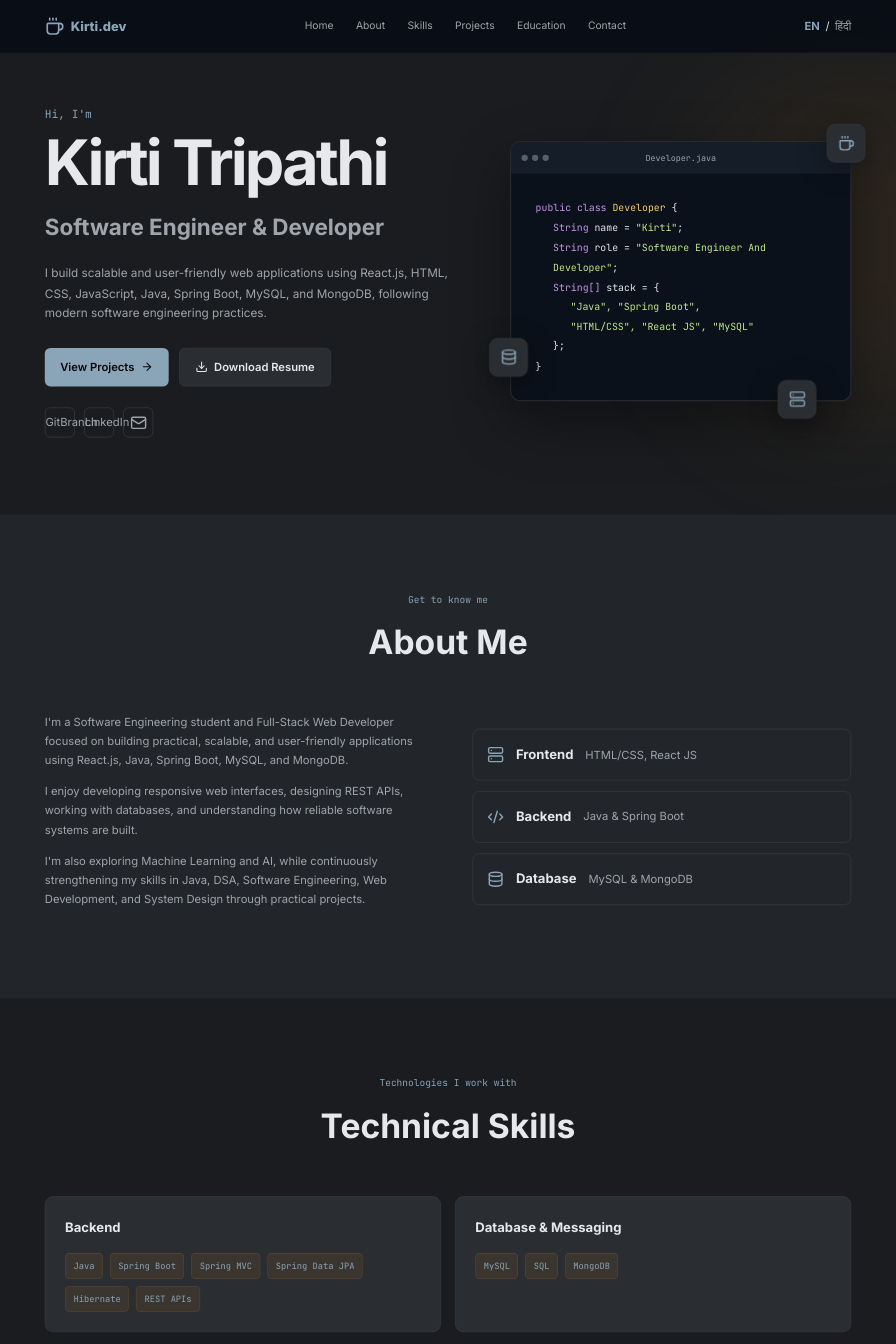
Repository: Rashi-Kirti06/En-Hi-Portfolio
Page: /
These files come from the project's save history. The page is drawn as it stood at one moment and after a run of saves; the edit follows.
The browser window is 1280 px wide. The pictures show the part of the page from y = 0 to 1920 px (the page is 4993 px tall), at 70% of full size.
The project was rebuilt for these pictures with package versions that can differ from the ones it lists, and the page was loaded fresh each time. Also part of the build but not shown: vite.config.js.

Above is the page before, as saved 2026-09-06 16:56:08.

### index.html
<!doctype html>

<html lang="en">

<head>

  <meta charset="UTF-8" />

  <meta
    name="viewport"
    content="width=device-width, initial-scale=1.0"
  />

  <meta
    name="description"
    content="Kirti Tripathi - Java and Spring Boot Backend Developer portfolio."
  />

  <meta
    name="keywords"
    content="Java Developer, Spring Boot Developer, Backend Developer, Java Portfolio"
  />

  <meta name="author" content="Kirti Tripathi" />

  <title>
    Kirti Tripathi | Java Backend Developer
  </title>

</head>

<body>

  <div id="root"></div>

  <script
    type="module"
    src="/src/main.jsx"
  ></script>

</body>

</html>

### src/index.css
@import url("https://fonts.googleapis.com/css2?family=Inter:wght@400;500;600;700;800&family=JetBrains+Mono:wght@400;500;600&display=swap");

:root {
  /* --background: #080d14;
  --background-secondary: #0d141e;
  --card: #111a26;
  --card-hover: #162231;

  --text: #f4f7fb;
  --text-muted: #9ba9ba;

  --primary: #f89820;
  --primary-hover: #ffad42;

  --green: #58d68d;

  --border: #233142; */

  /* --background: #07111f;
--background-secondary: #0b1728;
--card: #101d2f;
--card-hover: #152840;
--text: #f1f5f9;
--text-muted: #94a3b8;
--primary: #22d3ee;
--primary-hover: #06b6d4;
--green: #34d399;
--border: #1e344d; */

/* --background: #0c0914;
--background-secondary: #130f1f;
--card: #1a1428;
--card-hover: #241b36;
--text: #f5f3ff;
--text-muted: #aaa3bb;
--primary: #a78bfa;
--primary-hover: #8b5cf6;
--green: #6ee7b7;
--border: #302544; */

/* --background: #07121a;
--background-secondary: #0b1c26;
--card: #102530;
--card-hover: #16323f;
--text: #f0fdf4;
--text-muted: #91a7ad;
--primary: #34d399;
--primary-hover: #10b981;
--green: #6ee7b7;
--border: #1d3b46; */

/* --background: #070b14;
--background-secondary: #0c1220;
--card: #111a2b;
--card-hover: #17243a;
--text: #f8fafc;
--text-muted: #94a3b8;
--primary: #3b82f6;
--primary-hover: #60a5fa;
--green: #4ade80;
--border: #223452; */

/* --background: #0e0b10;
--background-secondary: #171219;
--card: #201820;
--card-hover: #2a202a;
--text: #faf5f9;
--text-muted: #a99da6;
--primary: #f472b6;
--primary-hover: #ec4899;
--green: #86efac;
--border: #382b37; */

/* --background: #0a0f14;
--background-secondary: #101820;
--card: #17212b;
--card-hover: #1d2b37;
--text: #f8fafc;
--text-muted: #9aa8b5;
--primary: #fbbf24;
--primary-hover: #f59e0b;
--green: #4ade80;
--border: #293946; */

/* --background: #f8fafc;
--background-secondary: #f1f5f9;
--card: #ffffff;
--card-hover: #f8fafc;
--text: #0f172a;
--text-muted: #64748b;
--primary: #2563eb;
--primary-hover: #1d4ed8;
--green: #16a34a;
--border: #e2e8f0; */

/* --background: #f4f9fb;
--background-secondary: #eaf4f7;
--card: #ffffff;
--card-hover: #f2fbfd;
--text: #102027;
--text-muted: #607d86;
--primary: #0891b2;
--primary-hover: #0e7490;
--green: #059669;
--border: #d5e5e9; */

/* --background: #f7faf7;
--background-secondary: #eef6f0;
--card: #ffffff;
--card-hover: #f4faf5;
--text: #14231a;
--text-muted: #66756b;
--primary: #059669;
--primary-hover: #047857;
--green: #16a34a;
--border: #dce9df; */

/* --background: #faf9ff;
--background-secondary: #f3f0ff;
--card: #ffffff;
--card-hover: #f8f6ff;
--text: #181326;
--text-muted: #716b82;
--primary: #7c3aed;
--primary-hover: #6d28d9;
--green: #16a34a;
--border: #e5def5; */

/* --background: #f5f7fa;
--background-secondary: #edf0f5;
--card: #ffffff;
--card-hover: #f8fafc;
--text: #111827;
--text-muted: #6b7280;
--primary: #4f46e5;
--primary-hover: #4338ca;
--green: #16a34a;
--border: #dfe3eb; */

/** achha h */
/* --background: #fcfaf5;
--background-secondary: #f7f2e8;
--card: #ffffff;
--card-hover: #fffdf8;
--text: #1c1917;
--text-muted: #78716c;
--primary: #d97706;
--primary-hover: #b45309;
--green: #16a34a;
--border: #e7dfd1; */

/* --background: #f8fafc;
--background-secondary: #eef2f7;
--card: #ffffff;
--card-hover: #f5f8fc;
--text: #0b1f33;
--text-muted: #64748b;
--primary: #0f4c81;
--primary-hover: #0b3a63;
--green: #15803d;
--border: #dbe3ec; */

/* --background: #171b21;
--background-secondary: #1d2229;
--card: #232932;
--card-hover: #29313b;
--text: #e8edf2;
--text-muted: #9da7b2;
--primary: #6ea8fe;
--primary-hover: #82b5ff;
--green: #70c596;
--border: #343c47; */

/* --background: #181c1d;
--background-secondary: #202526;
--card: #272d2e;
--card-hover: #2e3637;
--text: #e7eceb;
--text-muted: #9da8a7;
--primary: #67b7b0;
--primary-hover: #79c5be;
--green: #78c99a;
--border: #394243; */

--background: #1a1c1f;
--background-secondary: #222529;
--card: #2a2d31;
--card-hover: #31353a;
--text: #e6e8eb;
--text-muted: #a0a5ab;
--primary: #8aa4b8;
--primary-hover: #9bb5c8;
--green: #7fba91;
--border: #393d42;


  --max-width: 1180px;

  --transition: 0.3s ease;
}

* {
  margin: 0;
  padding: 0;
  box-sizing: border-box;
}

html {
  scroll-behavior: smooth;
  scroll-padding-top: 80px;
}

body {
  font-family: "Inter", sans-serif;
  background: var(--background);
  color: var(--text);
  line-height: 1.7;
  overflow-x: hidden;
}

a {
  color: inherit;
  text-decoration: none;
}

button {
  font: inherit;
}

.container {
  width: min(90%, var(--max-width));
  margin-inline: auto;
}

.section {
  padding: 110px 0;
}

.alt-section {
  background: var(--background-secondary);
}

/* ==========================
   Navbar
========================== */

.navbar {
  position: fixed;
  width: 100%;
  top: 0;
  z-index: 1000;

  background: rgba(8, 13, 20, 0.9);
  backdrop-filter: blur(15px);

  border-bottom: 1px solid rgba(255,255,255,0.06);
}

.nav-container {
  height: 75px;

  display: flex;
  align-items: center;
  justify-content: space-between;
}

.logo {
  display: flex;
  align-items: center;
  gap: 9px;

  font-weight: 800;
  font-size: 1.15rem;

  color: var(--primary);
}

.nav-links {
  display: flex;
  align-items: center;
  gap: 32px;
}

.nav-links a {
  color: var(--text-muted);
  font-size: 0.92rem;
  transition: var(--transition);
}

.nav-links a:hover {
  color: var(--primary);
}

.nav-actions {
  display: flex;
  align-items: center;
  gap: 20px;
}

.language-switcher,
.language-mobile {
  display: flex;
  align-items: center;
  gap: 8px;
}

.language-switcher button,
.language-mobile button {
  border: none;
  background: transparent;
  color: var(--text-muted);
  cursor: pointer;
}

.lang-active {
  color: var(--primary) !important;
  font-weight: 700;
}

.mobile-menu {
  border: 0;
  background: transparent;
  color: white;
  cursor: pointer;
  display: none;
}

.language-mobile {
  display: none;
}

/* ==========================
   Hero
========================== */

.hero {
  min-height: 100vh;

  display: flex;
  align-items: center;

  padding-top: 150px;

  position: relative;
  overflow: hidden;
}

.hero::before {
  content: "";

  position: absolute;

  width: 500px;
  height: 500px;

  background: rgba(248, 152, 32, 0.08);

  border-radius: 50%;

  filter: blur(100px);

  top: 100px;
  right: -200px;

  pointer-events: none;
}

.hero-grid {
  display: grid;
  grid-template-columns: 1.1fr 0.9fr;
  gap: 70px;

  align-items: center;
}

.availability {
  display: inline-flex;
  align-items: center;
  gap: 9px;

  padding: 8px 14px;

  border: 1px solid var(--border);
  border-radius: 100px;

  color: var(--text-muted);

  font-size: 0.8rem;

  margin-bottom: 25px;

  background: rgba(255,255,255,0.02);
}

.availability-dot {
  width: 8px;
  height: 8px;

  border-radius: 50%;

  background: var(--green);

  box-shadow:
    0 0 10px var(--green);
}

.hero-greeting {
  color: var(--primary);

  font-family:
    "JetBrains Mono",
    monospace;

  font-size: 1rem;

  margin-bottom: 10px;
}

.hero h1 {
  font-size: clamp(
    3rem,
    7vw,
    5.7rem
  );

  line-height: 1;

  letter-spacing: -4px;

  margin-bottom: 20px;
}

.hero h2 {
  font-size: clamp(
    1.4rem,
    3vw,
    2rem
  );

  color: var(--text-muted);

  margin-bottom: 25px;
}

.hero-description {
  color: var(--text-muted);

  max-width: 650px;

  font-size: 1.05rem;

  margin-bottom: 35px;
}

.hero-buttons {
  display: flex;
  flex-wrap: wrap;
  gap: 15px;

  margin-bottom: 30px;
}

/* Buttons */

.btn {
  display: inline-flex;

  align-items: center;

  justify-content: center;

  gap: 9px;

  padding: 13px 22px;

  border-radius: 8px;

  font-weight: 600;

  transition: var(--transition);
}

.btn-primary {
  background: var(--primary);
  color: #090909;
}

.btn-primary:hover {
  background: var(--primary-hover);

  transform:
    translateY(-3px);
}

.btn-secondary {
  border:
    1px solid var(--border);

  background: var(--card);
}

.btn-secondary:hover {
  border-color:
    var(--primary);

  transform:
    translateY(-3px);
}

/* Social */

.social-links {
  display: flex;
  gap: 13px;
}

.social-links a {
  width: 43px;
  height: 43px;

  display: grid;
  place-items: center;

  border: 1px solid var(--border);

  border-radius: 8px;

  color: var(--text-muted);

  transition: var(--transition);
}

.social-links a:hover {
  color: var(--primary);

  border-color:
    var(--primary);

  transform:
    translateY(-3px);
}

/* Code card */

.hero-visual {
  position: relative;
}

.developer-card {
  border:
    1px solid var(--border);

  border-radius: 14px;

  overflow: hidden;

  background: #0b111a;

  box-shadow:
    0 30px 80px rgba(0,0,0,0.4);
}

.terminal-header {
  height: 45px;

  display: flex;
  align-items: center;

  padding: 0 15px;

  background: #151d28;

  color: var(--text-muted);

  font-size: 0.75rem;

  font-family:
    "JetBrains Mono",
    monospace;

  position: relative;
}

.terminal-header > span {
  position: absolute;
  left: 50%;

  transform:
    translateX(-50%);
}

.terminal-dots {
  display: flex;
  gap: 6px;
}

.terminal-dots span {
  width: 9px;
  height: 9px;

  border-radius: 50%;

  background: #56606c;
}

.code-window {
  padding: 35px;

  font-family:
    "JetBrains Mono",
    monospace;

  font-size: 0.88rem;

  line-height: 2;

  overflow-x: auto;
}

.code-purple {
  color: #c792ea;
}

.code-yellow {
  color: #ffcb6b;
}

.code-green {
  color: #c3e88d;
}

.indent {
  padding-left: 25px;
}

.indent-two {
  padding-left: 50px;
}

.floating-icon {
  width: 55px;
  height: 55px;

  border-radius: 12px;

  display: grid;
  place-items: center;

  position: absolute;

  color: var(--primary);

  background: var(--card);

  border:
    1px solid var(--border);

  box-shadow:
    0 10px 40px rgba(0,0,0,.35);

  animation:
    floating 4s ease-in-out infinite;
}

.icon-java {
  top: -25px;
  right: -20px;
}

.icon-db {
  bottom: 35px;
  left: -30px;

  animation-delay: 1s;
}

.icon-server {
  bottom: -25px;
  right: 50px;

  animation-delay: 2s;
}

@keyframes floating {
  0%, 100% {
    transform:
      translateY(0);
  }

  50% {
    transform:
      translateY(-10px);
  }
}

/* ==========================
   Section Headings
========================== */

.section-heading {
  text-align: center;

  margin-bottom: 60px;
}

.section-heading p {
  color: var(--primary);

  font-family:
    "JetBrains Mono",
    monospace;

  font-size: 0.85rem;

  margin-bottom: 8px;
}

.section-heading h2 {
  font-size:
    clamp(
      2rem,
      4vw,
      3rem
    );
}

/* ==========================
   About
========================== */

.about-grid {
  display: grid;

  grid-template-columns:
    1fr 1fr;

  gap: 70px;

  align-items: center;
}

.about-text p {
  color: var(--text-muted);

  margin-bottom: 18px;
}

.about-cards {
  display: grid;
  gap: 15px;
}

.mini-card {
  padding: 20px;

  border: 1px solid var(--border);

  border-radius: 10px;

  display: flex;

  align-items: center;

  gap: 17px;

  transition:
    var(--transition);
}

.mini-card:hover {
  border-color:
    var(--primary);

  transform:
    translateX(7px);
}

.mini-card svg {
  color: var(--primary);
}

.mini-card p {
  color:
    var(--text-muted);
}

/* ==========================
   Skills
========================== */

.skills-grid {
  display: grid;

  grid-template-columns:
    repeat(2, 1fr);

  gap: 20px;
}

.skill-card {
  padding: 28px;

  background: var(--card);

  border:
    1px solid var(--border);

  border-radius: 12px;

  transition:
    var(--transition);
}

.skill-card:hover {
  border-color:
    rgba(248,152,32,.55);

  transform:
    translateY(-4px);
}

.skill-card h3 {
  margin-bottom: 20px;
}

.skill-tags {
  display: flex;

  flex-wrap: wrap;

  gap: 10px;
}

.skill-tags span,
.project-tech span {
  padding: 7px 11px;

  border-radius: 6px;

  background:
    rgba(248,152,32,.08);

  border:
    1px solid rgba(248,152,32,.16);

  color:
    var(--primary);

  font-size:
    .78rem;

  font-family:
    "JetBrains Mono",
    monospace;
}

/* ==========================
   Projects
========================== */

.projects-grid {
  display: grid;

  grid-template-columns:
    repeat(3, 1fr);

  gap: 20px;
}

.project-card {
  background: var(--card);

  border:
    1px solid var(--border);

  border-radius: 12px;

  padding: 30px;

  display: flex;
  flex-direction: column;

  transition:
    var(--transition);

  position: relative;

  overflow: hidden;
}

.project-card::before {
  content: "";

  position: absolute;

  width: 130px;
  height: 130px;

  background:
    rgba(248,152,32,.07);

  border-radius: 50%;

  top: -70px;
  right: -50px;

  filter: blur(20px);
}

.project-card:hover {
  transform:
    translateY(-7px);

  border-color:
    rgba(248,152,32,.5);
}

.project-number {
  color:
    var(--primary);

  font-family:
    "JetBrains Mono",
    monospace;

  margin-bottom:
    15px;
}

.project-card h3 {
  font-size:
    1.35rem;

  margin-bottom:
    15px;
}

.project-card > p {
  color:
    var(--text-muted);

  margin-bottom:
    20px;

  flex-grow: 1;
}

.project-tech {
  display: flex;

  flex-wrap: wrap;

  gap: 7px;

  margin-bottom:
    25px;
}

.project-actions {
  display: flex;

  gap: 18px;

  flex-wrap: wrap;
}

.project-actions a {
  display: flex;

  align-items: center;

  gap: 7px;

  color:
    var(--text-muted);

  font-size:
    .85rem;

  transition:
    var(--transition);
}

.project-actions a:hover {
  color:
    var(--primary);
}

/* ==========================
   Learning
========================== */

.learning-description {
  color:
    var(--text-muted);

  text-align: center;

  max-width:
    650px;

  margin:
    -30px auto
    45px;
}

.learning-grid {
  display: grid;

  grid-template-columns:
    repeat(3,1fr);

  gap: 15px;
}

.learning-card {
  border:
    1px solid var(--border);

  background:
    var(--card);

  border-radius:
    10px;

  padding:
    20px;

  display:
    flex;

  gap: 15px;

  align-items:
    center;
}

.learning-card span {
  display:
    grid;

  place-items:
    center;

  width:
    34px;

  height:
    34px;

  border-radius:
    7px;

  color:
    var(--primary);

  background:
    rgba(248,152,32,.1);

  font-family:
    "JetBrains Mono",
    monospace;
}

/* ==========================
   Education
========================== */

.education-card {
  max-width:
    700px;

  margin:
    auto;

  padding:
    30px;

  display:
    flex;

  gap:
    22px;

  background:
    var(--card);

  border:
    1px solid
    var(--border);

  border-radius:
    12px;
}

.education-icon {
  width:
    60px;

  height:
    60px;

  flex-shrink: 0;

  display:
    grid;

  place-items:
    center;

  border-radius:
    10px;

  color:
    var(--primary);

  background:
    rgba(248,152,32,.1);
}

.education-card h4 {
  color:
    var(--primary);

  margin:
    4px 0;
}

.education-card p,
.education-card span {
  color:
    var(--text-muted);
}

/* ==========================
   Contact
========================== */

.contact-box {
  text-align:
    center;

  max-width:
    800px;

  margin:
    auto;
}

.contact-box > p {
  color:
    var(--text-muted);

  max-width:
    600px;

  margin:
    0 auto 40px;
}

.contact-links {
  display:
    grid;

  grid-template-columns:
    repeat(3,1fr);

  gap:
    15px;
}

.contact-card {
  padding:
    24px;

  display:
    flex;

  flex-direction:
    column;

  gap:
    12px;

  align-items:
    center;

  border:
    1px solid var(--border);

  background:
    var(--card);

  border-radius:
    10px;

  transition:
    var(--transition);
}

.contact-card svg {
  color:
    var(--primary);
}

.contact-card:hover {
  border-color:
    var(--primary);

  transform:
    translateY(-5px);
}

/* ==========================
   Footer
========================== */

.footer {
  border-top:
    1px solid var(--border);

  padding:
    30px 0;
}

.footer-content {
  display:
    flex;

  justify-content:
    space-between;

  align-items:
    center;

  gap:
    20px;

  color:
    var(--text-muted);

  font-size:
    .8rem;
}

.footer-logo {
  display:
    flex;

  align-items:
    center;

  gap:
    8px;

  color:
    var(--primary);

  font-weight:
    700;
}

/* ==========================
   Tablet
========================== */

@media (max-width: 950px) {

  .hero-grid {
    grid-template-columns:
      1fr;
  }

  .hero-content {
    text-align:
      center;
  }

  .availability {
    margin-inline:
      auto;
  }

  .hero-description {
    margin-inline:
      auto;
  }

  .hero-buttons,
  .social-links {
    justify-content:
      center;
  }

  .hero-visual {
    max-width:
      600px;

    margin:
      40px auto 0;
  }

  .projects-grid {
    grid-template-columns:
      repeat(2,1fr);
  }

  .about-grid {
    grid-template-columns:
      1fr;
  }
}

/* ==========================
   Mobile Navigation
========================== */

@media (max-width: 760px) {

  .section {
    padding:
      80px 0;
  }

  .mobile-menu {
    display:
      block;
  }

  .language-switcher {
    display:
      none;
  }

  .nav-links {
    position:
      fixed;

    top:
      75px;

    left:
      0;

    width:
      100%;

    background:
      #0d141e;

    flex-direction:
      column;

    align-items:
      center;

    padding:
      35px;

    border-bottom:
      1px solid
      var(--border);

    transform:
      translateY(-150%);

    opacity:
      0;

    transition:
      .35s ease;
  }

  .nav-links.active {
    transform:
      translateY(0);

    opacity:
      1;
  }

  .language-mobile {
    display:
      flex;

    margin-top:
      10px;
  }

  .hero {
    padding-top:
      120px;
  }

  .hero h1 {
    letter-spacing:
      -2px;
  }

  .skills-grid,
  .projects-grid,
  .learning-grid,
  .contact-links {
    grid-template-columns:
      1fr;
  }

  .floating-icon {
    display:
      none;
  }

  .education-card {
    flex-direction:
      column;
  }

  .footer-content {
    flex-direction:
      column;

    text-align:
      center;
  }

}

/* ==========================
   Small Phones
========================== */

@media (max-width: 480px) {

  .hero-buttons {
    flex-direction:
      column;
  }

  .btn {
    width:
      100%;
  }

  .code-window {
    padding:
      22px 15px;

    font-size:
      .72rem;
  }

}

### src/App.jsx
import { useState } from "react";

import Navbar from "./components/Navbar";
import Hero from "./components/Hero";
import About from "./components/About";
import Skills from "./components/Skills";
import Projects from "./components/Projects";
import Learning from "./components/Learning";
import Education from "./components/Education";
import Contact from "./components/Contact";
import Footer from "./components/Footer";

function App() {
  const [language, setLanguage] = useState("en");

  return (
    <>
      <Navbar language={language} setLanguage={setLanguage} />

      <main>
        <Hero language={language} />
        <About language={language} />
        <Skills language={language} />
        <Projects language={language} />
        <Learning language={language} />
        <Education language={language} />
        <Contact language={language} />
      </main>

      <Footer language={language} />
    </>
  );
}

export default App;

### src/components/Education.jsx
import { GraduationCap } from "lucide-react";
import SectionTitle from "./SectionTitle";
import { translations } from "../data/translations";

function Education({ language }) {
  const t = translations[language].education;

  return (
    <section
      id="education"
      className="section alt-section"
    >
      <div className="container">

        <SectionTitle
          subtitle={t.subtitle}
          title={t.title}
        />

        <div className="education-card">

          <div className="education-icon">
            <GraduationCap size={34} />
          </div>

          <div>
            <h3>{t.degree}</h3>

            <h4>{t.course}</h4>

            <p>{t.college}</p>

            <span>{t.year}</span>
          </div>

        </div>

      </div>
    </section>
  );
}

export default Education;

### src/components/Footer.jsx
import { Coffee } from "lucide-react";
import { translations } from "../data/translations";

function Footer({ language }) {
  const t = translations[language].footer;

  return (
    <footer className="footer">
      <div className="container footer-content">

        <div className="footer-logo">
          <Coffee size={22} />
          Kirti.dev
        </div>

        <p>
          © {new Date().getFullYear()} Kirti Tripathi
        </p>

        <p>{t.text}</p>

      </div>
    </footer>
  );
}

export default Footer;

### src/components/SectionTitle.jsx
function SectionTitle({ subtitle, title }) {
  return (
    <div className="section-heading">
      <p>{subtitle}</p>
      <h2>{title}</h2>
    </div>
  );
}

export default SectionTitle;

Loaded but not shown: src/main.jsx (common file); src/data/translations.jsx (151 lines, source omitted); src/components/Hero.jsx (169 lines, source omitted); src/components/Projects.jsx (165 lines, source omitted); src/components/Navbar.jsx (93 lines, source omitted); src/components/Skills.jsx (96 lines, source omitted); src/components/About.jsx (61 lines, source omitted); src/components/Contact.jsx (63 lines, source omitted); src/components/Learning.jsx (63 lines, source omitted)

After the next 2 saves:
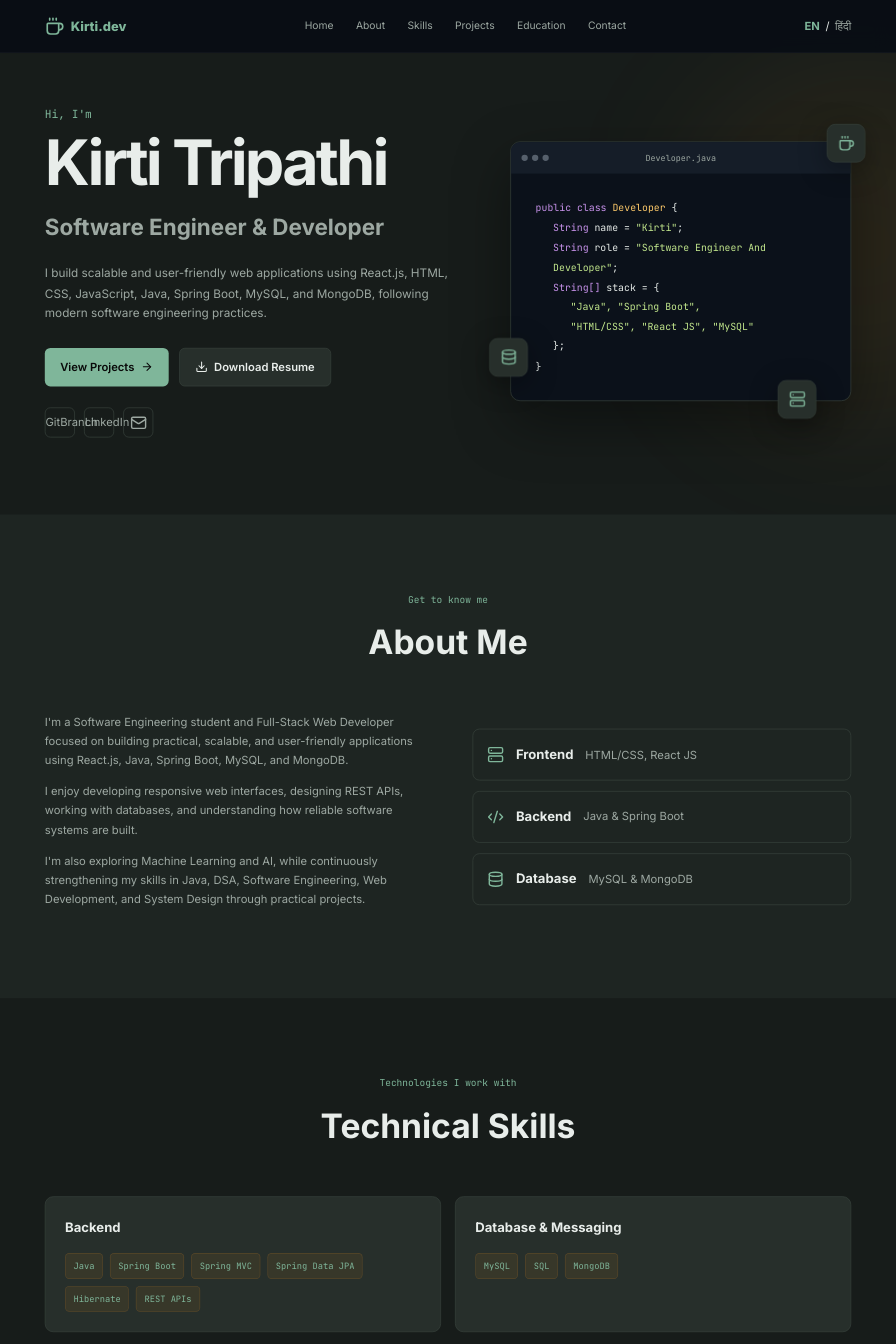
The 2 saves are shown as one change because they came seconds apart.
The last was saved 19 s later.
--- a/src/index.css
+++ b/src/index.css
@@ -182,7 +182,7 @@
 --green: #78c99a;
 --border: #394243; */
 
---background: #1a1c1f;
+/* --background: #1a1c1f;
 --background-secondary: #222529;
 --card: #2a2d31;
 --card-hover: #31353a;
@@ -191,7 +191,18 @@
 --primary: #8aa4b8;
 --primary-hover: #9bb5c8;
 --green: #7fba91;
---border: #393d42;
+--border: #393d42; */
+
+--background: #171c1a;
+--background-secondary: #1e2522;
+--card: #272f2b;
+--card-hover: #2e3833;
+--text: #e8edea;
+--text-muted: #9da8a2;
+--primary: #7fb69a;
+--primary-hover: #91c5aa;
+--green: #82c79b;
+--border: #37413c;
 
 
   --max-width: 1180px;
